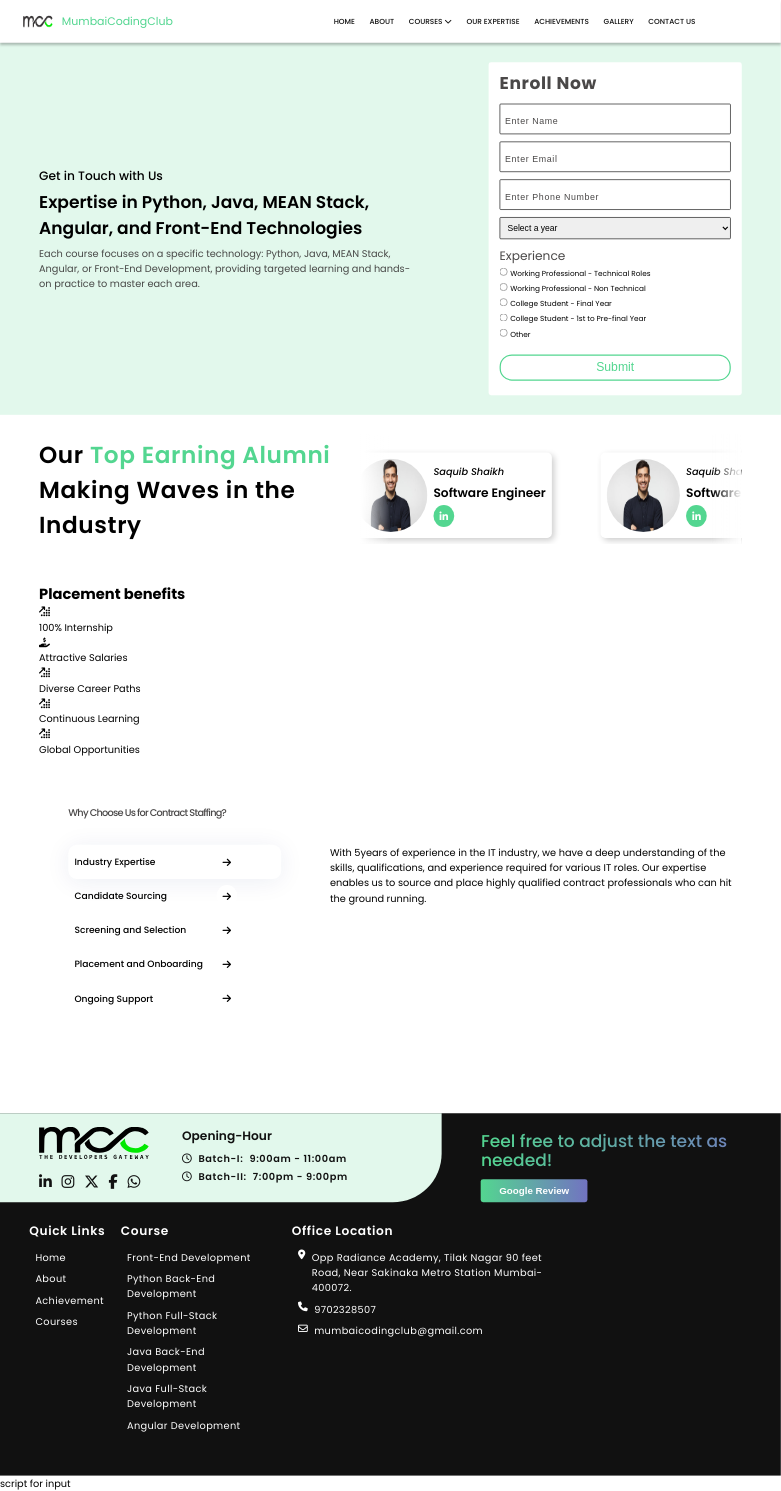
Repository: msmsa2001/mcc-theme
Page: contact.html
The author's editor kept a copy of each file at every save. The page is drawn from the files as they stood at one save, then again after the next save.
The browser window is 1280 px wide. The pictures show the whole page, at 61% of full size.
Pictures or frames that could not be fetched are drawn as grey boxes.

Above is the page before, as saved 2024-07-26 04:11:31.
Console error: TypeError: Cannot read properties of null (reading 'querySelector')

### contact.html
<!DOCTYPE html>
<html lang="en">
<head>
    <meta charset="UTF-8">
    <meta name="viewport" content="width=device-width, initial-scale=1.0">
    <title>Contact</title>
    <link rel="stylesheet" href="global.css">
    <link rel="stylesheet" href="contact.css">
    <link rel="stylesheet" href="https://cdnjs.cloudflare.com/ajax/libs/font-awesome/6.5.2/css/all.min.css" integrity="sha512-SnH5WK+bZxgPHs44uWIX+LLJAJ9/2PkPKZ5QiAj6Ta86w+fsb2TkcmfRyVX3pBnMFcV7oQPJkl9QevSCWr3W6A==" crossorigin="anonymous" referrerpolicy="no-referrer" />

</head>
<body>
    <nav>
        <div class="wrapper-nav">
            <div class="logo"><a href="index.html"><img src="assests/favicon.png" alt="">MumbaiCodingClub</a></div>
            <input type="radio" name="slider" id="menu-btn">
            <input type="radio" name="slider" id="close-btn">
            <ul class="nav-links">
                <label for="close-btn" class="btn close-btn"><i class="fas fa-times"></i></label>
                <li><a href="index.html">HOME</a></li>
                <li><a href="about.html">ABOUT</a></li>
                <li>
                    <a href="#" class="desktop-item">COURSES <i class="fa-solid fa-chevron-down"></i></a>
                    <input type="checkbox" id="showServicesDrop">
                    <label for="showServicesDrop" class="mobile-item">COURSES</label>
                    <ul class="drop-menu">
                        <li><a href="course.html">Front-End Development</a></li>
                        <li><a href="xI.html">Back-End Python Development</a></li>
                        <li><a href="xII.html">Full-Stack Python Development</a></li>
                        <li><a href="neet.html">Angular</a></li>
                        <li><a href="dropers.html">Back-End Java Development</a></li>
                        <li><a href="Integrated.html">Full-Stack Java Development</a></li>
                        <li><a href="repeater.html">MEAN</a></li>
                    </ul>
                </li>
                <li><a href="gallery.html">Our Expertise</a></li>
                <li><a href="achievement.html">ACHIEVEMENTS</a></li>
                <li><a href="gallery.html">GALLERY</a></li>
                <li><a href="contact.html">CONTACT US</a></li>
            </ul>
            <label for="menu-btn" class="btn menu-btn"><i class="fas fa-bars"></i></label>
        </div>
    </nav>

    <div class="container1">
        <div class="sec1">
            <h3>Get in Touch with Us</h3>
            <h1>Expertise in Python, Java, MEAN Stack, Angular, and Front-End Technologies</h1>
            <p>Each course focuses on a specific technology: Python, Java, MEAN Stack, Angular, or Front-End Development, providing targeted learning and hands-on practice to master each area.

            </p>
        </div>
        <div class="sec2">
            <form action="">
                <h2>Enroll Now</h2>
                <input type="text" name="fullname" id="name" placeholder="Enter Name">
                <input type="email" name="email" id="email" placeholder="Enter Email">
                <input type="phone" name="phone" id="phone" placeholder="Enter Phone Number">
                <select id="year" name="year">
                    <option value="" disabled selected>Select a year</option>
                </select>
                <div class="experience">
                    <label id="experience">Experience</label>
                    <div class="radio-sec">
                    <input type="radio" name="experience" id="tech_role" value="Working Professional - Technical Roles">
                    <label for="">Working Professional - Technical Roles</label>
                </div>

                <div class="radio-sec">
                    <input type="radio" name="experience" id="none_tect_role" value="Working Professional - Non Technical">
                    <label for="">Working Professional - Non Technical</label>
                </div>

                <div class="radio-sec">
                    <input type="radio" name="experience" id="final_year" value="College Student - Final Year">
                    <label for="">College Student - Final Year</label>
                </div>

                <div class="radio-sec">
                    <input type="radio" name="experience" id="pre-finale_year" value="College Student - 1st to Pre-final Year">
                    <label for="">College Student - 1st to Pre-final Year</label>
                </div>
                <div class="radio-sec">
                    <input type="radio" name="experience" id="other" value="Other">
                    <label for="">Other</label>
                </div>

                </div>

                <button>Submit</button>

            </form>
        </div>
    </div>

    <div class="container2">
        <div class="title">
            <p>Our <span style="color: var(--text-color);">Top Earning Alumni<br></span> Making Waves in the <br>Industry</p>
        </div>
    <div class="logos">
        <div class="logos-slide">

            <div class="card1">
                <img src="assests/person.jpg" alt="">
                <div class="content">
                    <p class="name">Saquib Shaikh</p>
                    <p class="designation">Software Engineer</p>
                    <a href=""><i class="fa-brands fa-linkedin-in"></i></a>
                </div>
            </div>

            <div class="card1">
                <img src="assests/person.jpg" alt="">
                <div class="content">
                    <p class="name">Saquib Shaikh</p>
                    <p class="designation">Software Engineer</p>
                    <a href=""><i class="fa-brands fa-linkedin-in"></i></a>
                </div>
            </div>


            <div class="card1">
                <img src="assests/person.jpg" alt="">
                <div class="content">
                    <p class="name">Saquib Shaikh</p>
                    <p class="designation">Software Engineer</p>
                    <a href=""><i class="fa-brands fa-linkedin-in"></i></a>
                </div>
            </div>


            <div class="card1">
                <img src="assests/person.jpg" alt="">
                <div class="content">
                    <p class="name">Saquib Shaikh</p>
                    <p class="designation">Software Engineer</p>
                    <a href=""><i class="fa-brands fa-linkedin-in"></i></a>
                </div>
            </div>


            <div class="card1">
                <img src="assests/person.jpg" alt="">
                <div class="content">
                    <p class="name">Saquib Shaikh</p>
                    <p class="designation">Software Engineer</p>
                    <a href=""><i class="fa-brands fa-linkedin-in"></i></a>
                </div>
            </div>

            <div class="card1">
                <img src="assests/person.jpg" alt="">
                <div class="content">
                    <p class="name">Saquib Shaikh</p>
                    <p class="designation">Software Engineer</p>
                    <a href=""><i class="fa-brands fa-linkedin-in"></i></a>
                </div>
            </div>

            <div class="card1">
                <img src="assests/person.jpg" alt="">
                <div class="content">
                    <p class="name">Saquib Shaikh</p>
                    <p class="designation">Software Engineer</p>
                    <a href=""><i class="fa-brands fa-linkedin-in"></i></a>
                </div>
            </div>

            <div class="card1">
                <img src="assests/person.jpg" alt="">
                <div class="content">
                    <p class="name">Saquib Shaikh</p>
                    <p class="designation">Software Engineer</p>
                    <a href=""><i class="fa-brands fa-linkedin-in"></i></a>
                </div>
            </div>
        </div>
      </div>
    </div>

    <div class="container3">
        <h2 id="title">Placement benefits</h2>
        <div class="sec1">

            <div class="card">
                <i class="fa-solid fa-arrow-up-right-dots"></i>
                <p>100% Internship</p>
            </div>


            <div class="card">
                <i class="fa-solid fa-hand-holding-dollar"></i>
                <p>Attractive Salaries</p>
            </div>

            <div class="card">
                <i class="fa-solid fa-arrow-up-right-dots"></i>
                <p>Diverse Career Paths</p>
            </div>

            <div class="card">
                <i class="fa-solid fa-arrow-up-right-dots"></i>
                <p>Continuous Learning</p>
            </div>


            <div class="card">
                <i class="fa-solid fa-arrow-up-right-dots"></i>
                <p>Global Opportunities</p>
            </div>

        </div>

    </div>
    <div class="container8">
        <p class="title">Why Choose Us for Contract Staffing?</p>
        <div class="inner-sec">
        <div class="sec-1">
            <div class="row1 tab-button active" data-tab="tab1" onclick="openTab('tab1')">
                <p class="content">Industry Expertise</p>
                <i class="fa-solid fa-arrow-right"></i>
            </div>
            <div class="row1 tab-button" data-tab="tab2" onclick="openTab('tab2')">
                <p class="content">Candidate Sourcing </p>
                <i class="fa-solid fa-arrow-right"></i>
            </div>
            <div class="row1 tab-button" data-tab="tab3" onclick="openTab('tab3')">
                <p class="content">Screening and Selection</p>
                <i class="fa-solid fa-arrow-right"></i>
            </div>
            <div class="row1 tab-button" data-tab="tab4" onclick="openTab('tab4')">
                <p class="content">Placement and Onboarding </p>
                <i class="fa-solid fa-arrow-right"></i>
            </div>
            <div class="row1 tab-button" data-tab="tab5" onclick="openTab('tab5')">
                <p class="content">Ongoing Support </p>
                <i class="fa-solid fa-arrow-right"></i>
            </div>
        </div>
        <div class="sec-2">
           <p id="tab1" class="tab active"> With 5years of experience in the IT industry, we have a deep understanding of the skills, qualifications, and experience required for various IT roles. Our expertise enables us to source and place highly qualified contract professionals who can hit the ground running.</p>
           <p id="tab2" class="tab">Leveraging our extensive network of IT professionals, we have access to a diverse talent pool comprising developers, engineers, analysts, project managers, and more. Whether you need temporary staff for a specific project or to cover peak workloads, we have the resources to meet your needs.</p>
           <p id="tab3" class="tab">We recognize the importance of agility and flexibility in today's fast-paced business environment. Our contract staffing solutions allow you to scale your workforce up or down quickly in response to changing business demands, without the long-term commitment of permanent hires.</p>
           <p id="tab4" class="tab">Contract staffing offers a cost-effective solution for managing fluctuating workloads and specialized projects. By hiring contract professionals on a temporary basis, you can avoid the overhead costs associated with full-time employees, such as benefits, training, and severance.</p>
           <p id="tab5" class="tab">Our streamlined recruitment process ensures a seamless experience from job requisition to candidate placement. We handle all aspects of the staffing process, including sourcing, screening, interviewing, onboarding, and payroll administration, allowing you to focus on your core business priorities.</p>
        </div>
    </div>
    </div>
    <footer>
        <div class="section1">
        <div class="content">
          <div class="sec">
            <div class="sec-logo">
            <img src="assests/logos/MCC logo.svg" alt="">
            <div class="row2">
              <i class="fa-brands fa-linkedin-in"></i>
              <i class="fa-brands fa-instagram"></i>
              <i class="fa-brands fa-x-twitter"></i>
              <i class="fa-brands fa-facebook-f"></i>
              <i class="fa-brands fa-whatsapp"></i>
            </div>
          </div>
            <div class="sec-content">
              <p>Opening-Hour</p>
              <div class="row"><i class="fa-regular fa-clock"></i> Batch-I: <span>9:00am - 11:00am </span>
              </div>
              <div class="row"><i class="fa-regular fa-clock"></i> Batch-II: <span>7:00pm - 9:00pm </span>
              </div>

            </div>
          </div>
        </div>
        <div class="google-review">
        <p>Feel free to adjust the text as needed!</p>
        <button>Google Review</button>
      </div>
      </div>

        <div class="links">
        <div class="col">
          <p>Quick Links</p>
          <ul>
            <li><a href="">Home</a></li>
            <li><a href="">About</a></li>
            <li><a href="">Achievement</a></li>
            <li><a href="">Courses</a></li>
          </ul>
        </div>

        <div class="col">
          <p>Course</p>
          <ul>
            <li><a href="">Front-End Development</a></li>
            <li><a href="">Python Back-End Development</a></li>
            <li><a href="">Python Full-Stack Development</a></li>
            <li><a href="">Java Back-End Development</a></li>
            <li><a href="">Java Full-Stack Development</a></li>
            <li><a href="">Angular Development</a></li>
          </ul>
        </div>

        <div class="col">
          <p>Office Location</p>
          <ul class="location">
            <li><a href=""><i class="fa-solid fa-location-dot"></i>
            <p>Opp Radiance Academy, Tilak Nagar 90 feet Road, Near Sakinaka Metro Station Mumbai-400072.</p></a></li>
            <li><a href=""><i class="fa-solid fa-phone"></i>9702328507</a></li>
            <li><a href=""><i class="fa-regular fa-envelope"></i>mumbaicodingclub@gmail.com</a></li>
          </ul>
        </div>
        <iframe src="https://www.google.com/maps/embed?pb=!1m18!1m12!1m3!1d7540.350352211677!2d72.88528653657487!3d19.099969516685178!2m3!1f0!2f0!3f0!3m2!1i1024!2i768!4f13.1!3m3!1m2!1s0x3be7c87a7b146d75%3A0x76380d8179575d82!2sLokmanya%20Tilak%20Nagar%2C%20Saki%20Naka%2C%20Mumbai%2C%20Maharashtra!5e0!3m2!1sen!2sin!4v1721714563501!5m2!1sen!2sin" width="300" height="400" style="border:0;" allowfullscreen="" loading="lazy" referrerpolicy="no-referrer-when-downgrade"></iframe>
      </footer>


      script for input
      <script>
        // Get all input fields
        const inputs = document.querySelectorAll('.input');

        // Add event listener to each input field
        inputs.forEach(input => {
            // When input field receives focus (typing begins)
            input.addEventListener('focus', function() {
                // Change bottom border color
                this.style.borderBottomColor = 'black';
                this.style.fontSize='12px'
            });

            // When input field loses focus (typing ends)
            input.addEventListener('blur', function() {
                // Change bottom border color back to default
                this.style.borderBottomColor = 'black';
            });
        });
    </script>

      <script>
        const startYear = 2000;
        const endYear = 2030;
        const yearDropdown = document.getElementById('year');

        for (let year = startYear; year <= endYear; year++) {
          const option = document.createElement('option');
          option.value = year;
          option.text = year;
          yearDropdown.appendChild(option);
        }
      </script>
      <script src="mcc.js"></script>
</body>
</html>

### contact.css
@import url('https://fonts.googleapis.com/css2?family=Poppins:ital,wght@0,100;0,200;0,300;0,400;0,500;0,600;0,700;0,800;0,900;1,100;1,200;1,300;1,400;1,500;1,600;1,700;1,800;1,900&display=swap');
*{
    margin: 0;
    padding: 0;
    box-sizing: border-box;
}
:root{
    --color1:#E8F7F2;
    --color2: #E2F8EC;
    --text-color:#53D690;
    --text-color2:#7273C1;
    --black-color:rgb(17, 17, 17);
    --font-size1: 20px;
    --font-size2:28px;
    --font-size3: 38px;
    --font-size4:14px;
    --font-size4:16px;
    --white-color1:#F7F1FD;
    --white-color2:rgba(255, 255, 255, 0.9);
    --black-color1:#363434e6;
}
body{
    overflow-x: hidden;
    font-family: 'poppins';
}

.container1{
    position: relative;
    background: var(--color2);
    display: flex;
    justify-content: center;
    align-items: center;
    /* height: 90vh; */
    padding: 2rem 4rem 2rem;
    gap: 2rem;
}
.container1 .sec1{
    padding-right: 5rem;
}
.container1 .sec1 h3{
    font-size: var(--font-size1);
    font-weight: 500;
}
.container1 .sec1 p{
    color: var(--black-color1);
    font-size: var(--font-size4);
}
.container1 .sec1 h1{
    font-size: var(--font-size2);
    font-weight: 600;
    margin: 8px 0;
}
.container1 .sec2 form{
    background: #fff;
    padding: 14px 18px;
    width: max-content;
    display: flex;
    flex-direction: column;
    gap: 12px;
    border-radius: 4px;
}
.container1 .sec2 form input, .container1 .sec2 form select{
    padding: 8px;
    border: 1px solid black;
    border-radius: 2px;
    font-size: 14px;
}
.container1 .sec2 form input::placeholder, .container1 .sec2 form select::placeholder,.container1 .sec2 form option{
    font-size: 14.50px;
    color: var(--black-color1);
}
.container1 .sec2 form input, .container1 .sec2 h2{
    letter-spacing: 1px;
    font-size: var(--font-size2);
    color: var(--black-color1);
}
.container1 .sec2 form .experience label{
    font-size: 12px;

}
.container1 .sec2 form #experience{
    font-size: var(--font-size1);
    color: var(--black-color1);
    margin: 15px 0;
}
.container1 .sec2 form button{
    width: auto;
    background: #fff;
    padding: 8px;
    border-radius: 20px;
    color: var(--text-color);
    font-size: 20px;
    margin: 10px 0;
    font-weight: 500;
    border: 2px solid var(--text-color);
    cursor: pointer;
}




.container2{
    display: grid;
    grid-template-columns: auto auto;
    gap: 3rem;
    padding: 2rem 4rem;
}
.container2 .title{
    display: flex;
    align-items: center;
}
.container2 .title p{
font-size: var(--font-size3);
letter-spacing: 1px;
font-weight: 600;
}
.logos {
    overflow: hidden;
    padding: 30px 0 0;
    background: white;
    white-space: nowrap;
    position: relative;
    display: grid;
    grid-template-columns: auto;
}

.logos .logos-slide .card1{
    background: #fff;
    box-shadow: 4px 4px 10px rgba(0, 0, 0, 0.2);
    padding: 10px;
    margin-bottom: 10px;
    display: flex;
    gap: 10px;
    border-radius: 8px;
}
.logos .logos-slide .card1 img{
    border-radius: 50%;
    width: 120px;
    height: 120px;
}
.logos .logos-slide .card1 .content{
    display: flex;
    justify-content: center;
    /* align-items: scenter; */
    flex-direction: column;
    gap: 6px;
}
.logos .logos-slide .card1 .content .name{
    font-size: var(--black-color1);
    font-style: italic;
    font-size: var(--font-size4);
    font-weight: 500;
}
.logos .logos-slide .card1 .content .designation{
    font-size: var(--black-color1);
    font-size: var(--font-size1);
    font-weight: 600;
}
.logos .logos-slide .card1 .content a i{
    color: #fff;
    background: var(--text-color);
    padding: 10px;
    border-radius: 50%;
}
.logos:before,
.logos:after {
    position: absolute;
    top: 0;
    width: 50px;
    height: 100%;
    content: "";
    z-index: 2;
}

.logos:before {
    left: 0;
    background: linear-gradient(to left, rgba(255, 255, 255, 0), white);
}

.logos:after {
    right: 0;
    background: linear-gradient(to right, rgba(255, 255, 255, 0), white);
}

.logos-slide {
    display: flex;
    width: max-content;
    animation: 35s slide infinite linear;
}

.card1 {
    display: inline-block;
    margin: 0 40px;
}

.card1 img {
    width: 170px;
}

@media screen and (max-width: 800px) {
    .card1 img {
        width: 150px;
        margin: 0 30px;
    }

    .logos:before {
        left: 0;
        background: none;
    }

    .logos:after {
        right: 0;
        background: none;
    }
}

@media screen and (max-width: 500px) {
    .card1 img {
        width: 90px;
        margin: 0 20px;
    }
}

@keyframes slide {
    0% {
        transform: translateX(0);
    }
    100% {
        transform: translateX(-100%);
    }
}

.container3{
    padding: 2rem 4rem;
}
.container3 .title p{
    font-size: var(--font-size3);
    font-weight: 500;
}
.container8 {
    padding: 2.3rem 5rem 8rem 7rem;
  }
  .container8 .inner-sec {
    display: grid;
    grid-template-columns: auto auto;
    gap: 5rem;
    padding-bottom: 2rem;
  }
  .container8 .inner-sec .sec-1 .row1 {
    display: flex;
    align-items: center;
    justify-content: space-between;
    gap: 1.4rem;
    padding: 10px 4.5rem 10px 10px;
    transition: all 0.2s;
    cursor: pointer;
  }
  .container8 .inner-sec .sec-1 .row1 i {
    background-color: #fff;
    padding: 10px;
    border-radius: 50%;
    font-size: 16px;
  }
  .container8 .inner-sec .row1 .content {
    font-size: 15px;
    font-weight: 500;
    color: #000000;
  }
  .container8 .title {
    color: var(--black-color1);
    font-size: var(--titleSize);
    font-weight: 500;
    line-height: 45px;
    letter-spacing: -1.2px;
    padding: 0 2rem 30px 0;
  }
  .container8 .inner-sec .sec-2 .para {
    color: #000;
    font-size: 18px;
    line-height: 34px;
  }
  .container8 .inner-sec .sec-1 .row1:hover {
    background-color: #fff;
    border-radius: 14px;
    box-shadow: 0 4px 40px 0 rgba(1, 41, 112, 0.08);
  }
  .tab {
    display: none;
  }
  .tab.active {
    display: block;
  }
  .tab-button.active {
    box-shadow: 0 4px 40px 0 rgba(1, 41, 112, 0.08);
    background-color: #fff;
    border-radius: 14px;

  }
  .tab-button {
    cursor: pointer;
  }
  .tab-container {
    margin-bottom: 20px;
  }

Loaded but not shown: mcc.js (65 lines, source omitted); global.css (432 lines, source omitted)

After the next save:
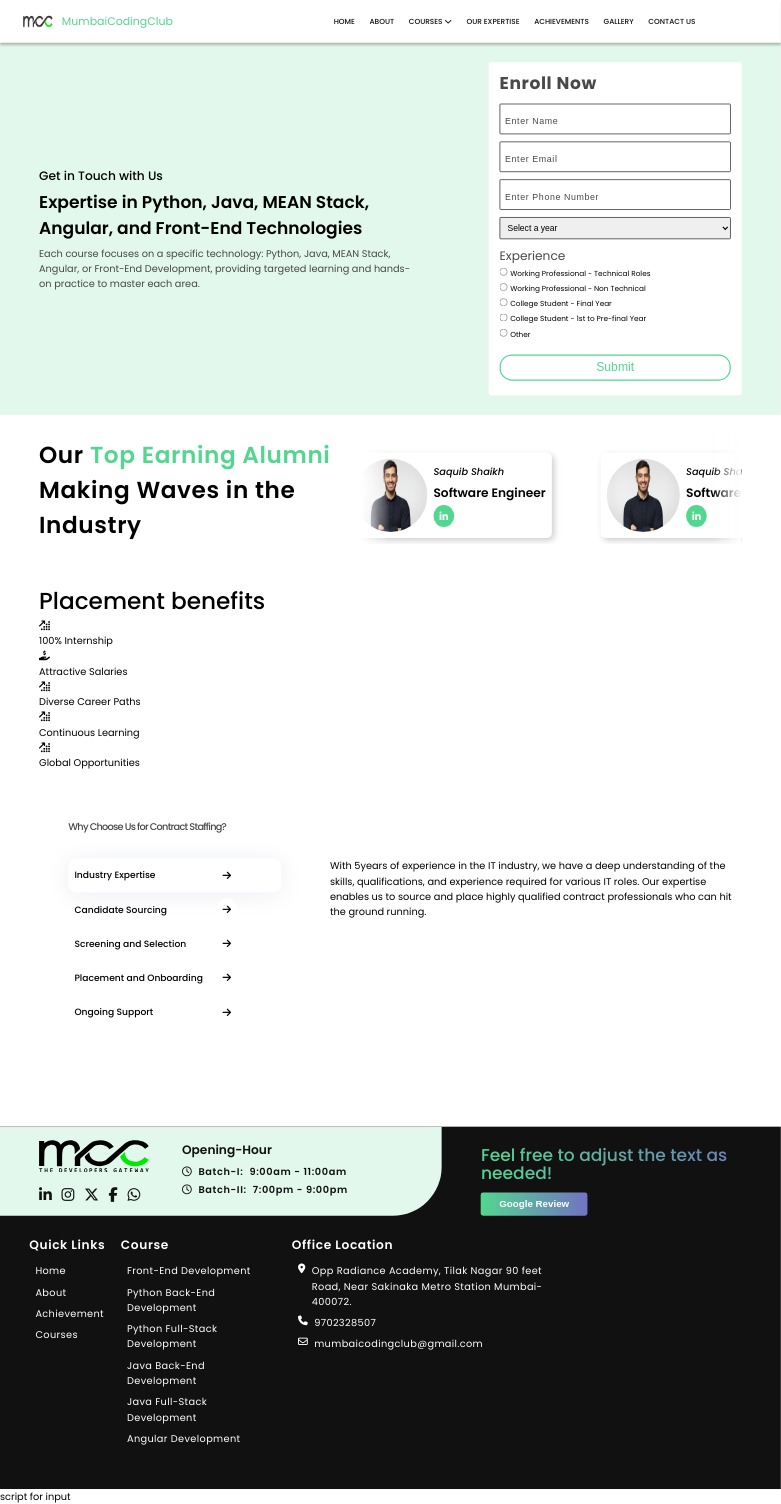
Saved 25 s later.
--- a/contact.css
+++ b/contact.css
@@ -233,7 +233,7 @@ font-weight: 600;
 .container3{
     padding: 2rem 4rem;
 }
-.container3 .title p{
+.container3 #title{
     font-size: var(--font-size3);
     font-weight: 500;
 }
